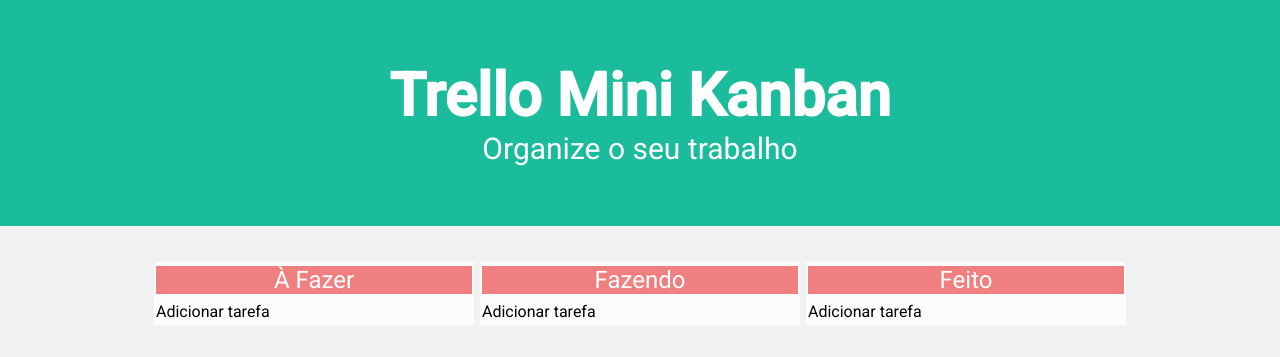
Repository: douglasabnovato/byteclass
Page: trello-mini-kanban/index.html
An editor plug-in stored every save of this project. The page is shown before and after the next save, followed by the edit.
The browser window is 1280 px wide. The pictures show the whole page.

Above is the page before, as saved 2025-07-31 21:06:23.

After the next save:
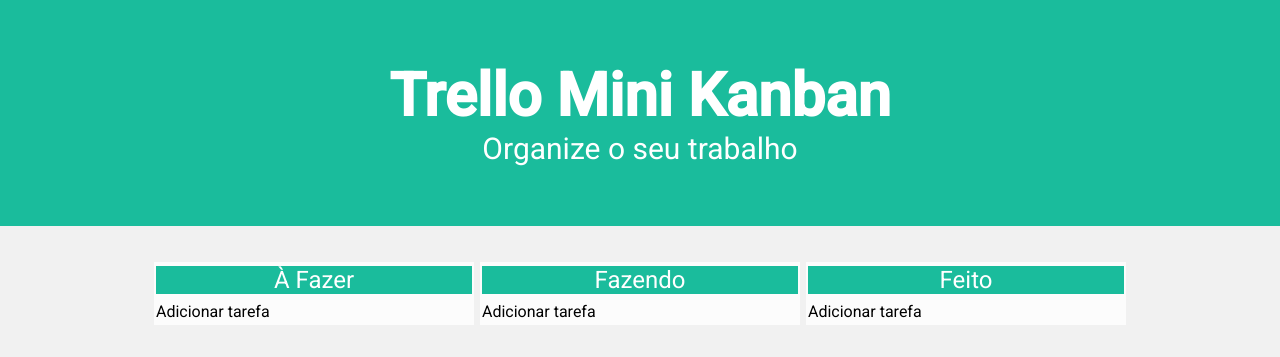
Saved 26 s later.
--- a/trello-mini-kanban/style.css
+++ b/trello-mini-kanban/style.css
@@ -37,7 +37,7 @@
 }
 
 .board .title {
-  background-color: lightcoral;
+  background-color: #1abc9c;
   color: white;
   margin: 0;
   text-align: center;
